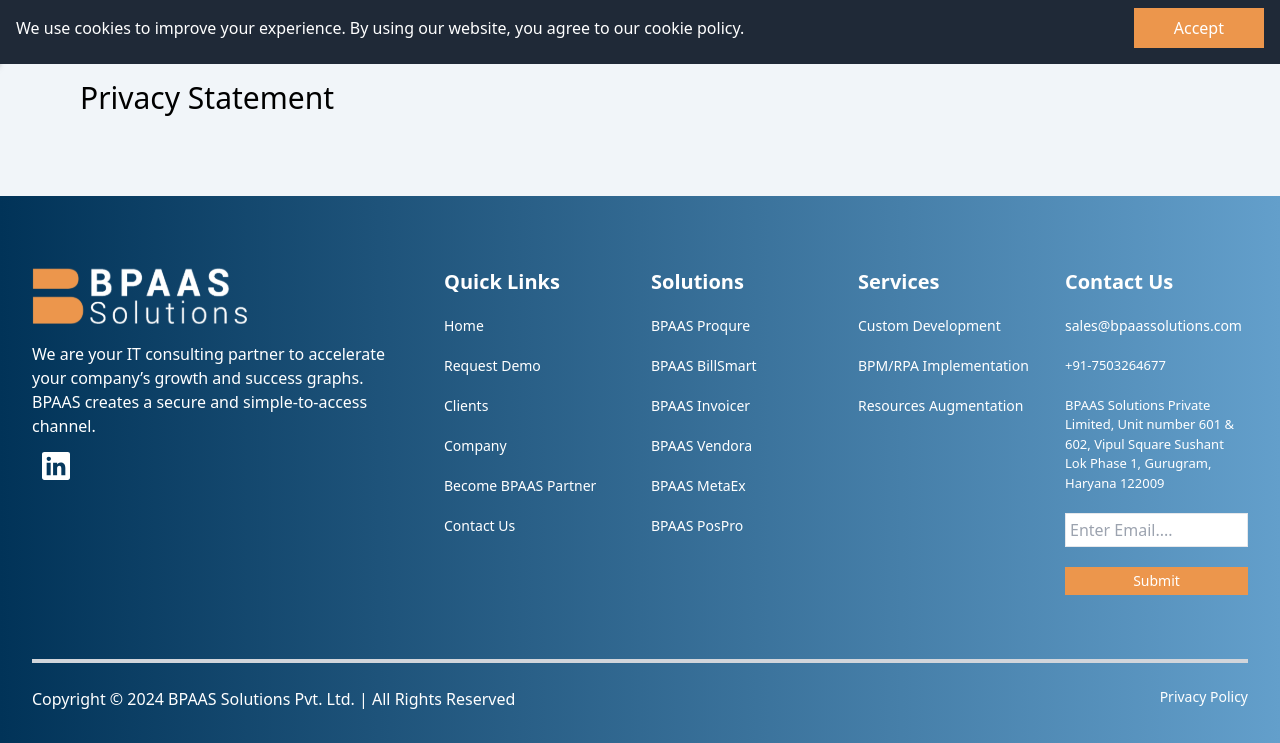
Repository: captainalpha/BP-Website
Page: /services/bp-services
These files come from the project's save history. The page is drawn as it stood at one moment and after the next save; the edit follows.
The browser window is 1280 px wide. The pictures show the part of the page from y = 656 to 1411 px (the page is 1399 px tall before and 1411 px after).
The project was rebuilt for these pictures with package versions that can differ from the ones it lists, and the page was loaded fresh each time. The framework's server and built-in components were replaced by stand-ins that run in the browser. Also part of the build but not shown: next.config.js, components/common/TopBanner.js, components/common/SectionHeader.js.

Above is the page before, as saved 2024-08-13 15:00:15.

After the next save:
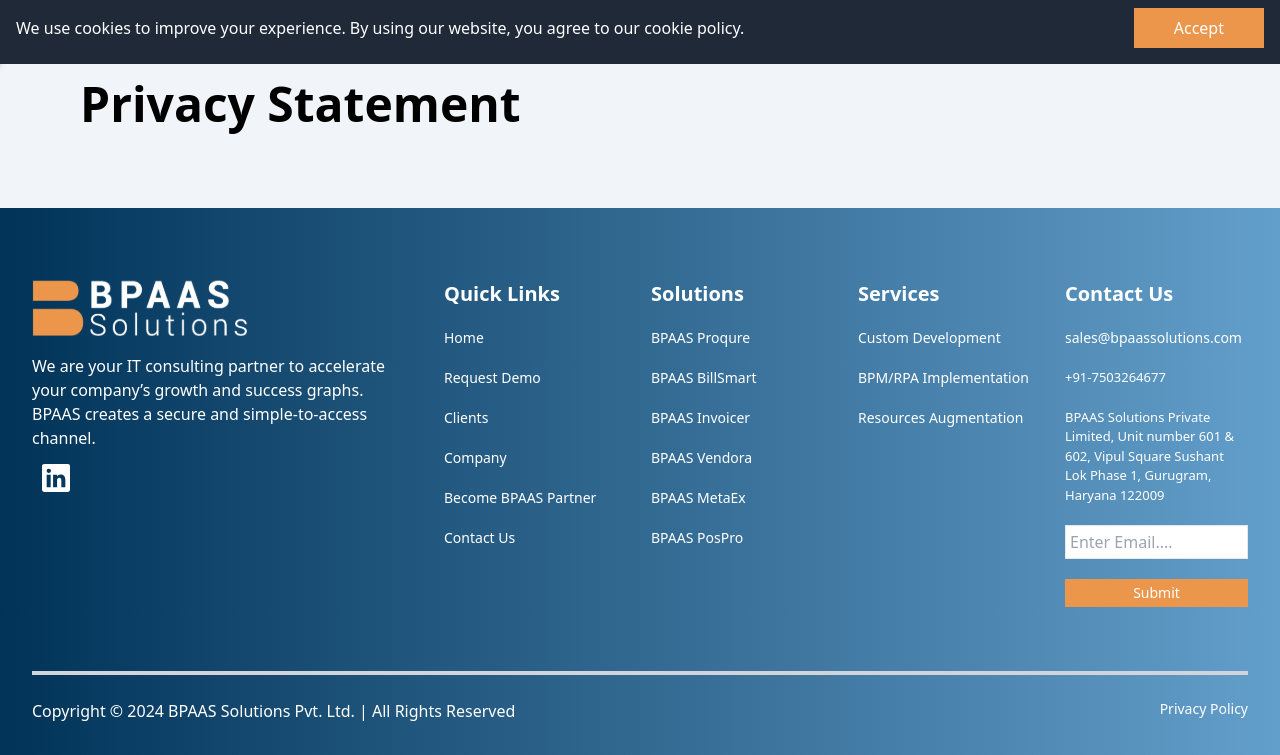
Saved 2 min 16 s later.
--- a/pages/services/bp-services.js
+++ b/pages/services/bp-services.js
@@ -28,7 +28,7 @@
       <div className=" bg-slate-100  p-[5em]">
         <div className="container mx-auto">
          <div className="text-left">
-            <h1 className="text-3xl">Privacy Statement</h1>
+            <h1 className="lg:text-5xl text-3xl font-bold capitalize ">Privacy Statement</h1>
          </div>
         </div>
       </div>
